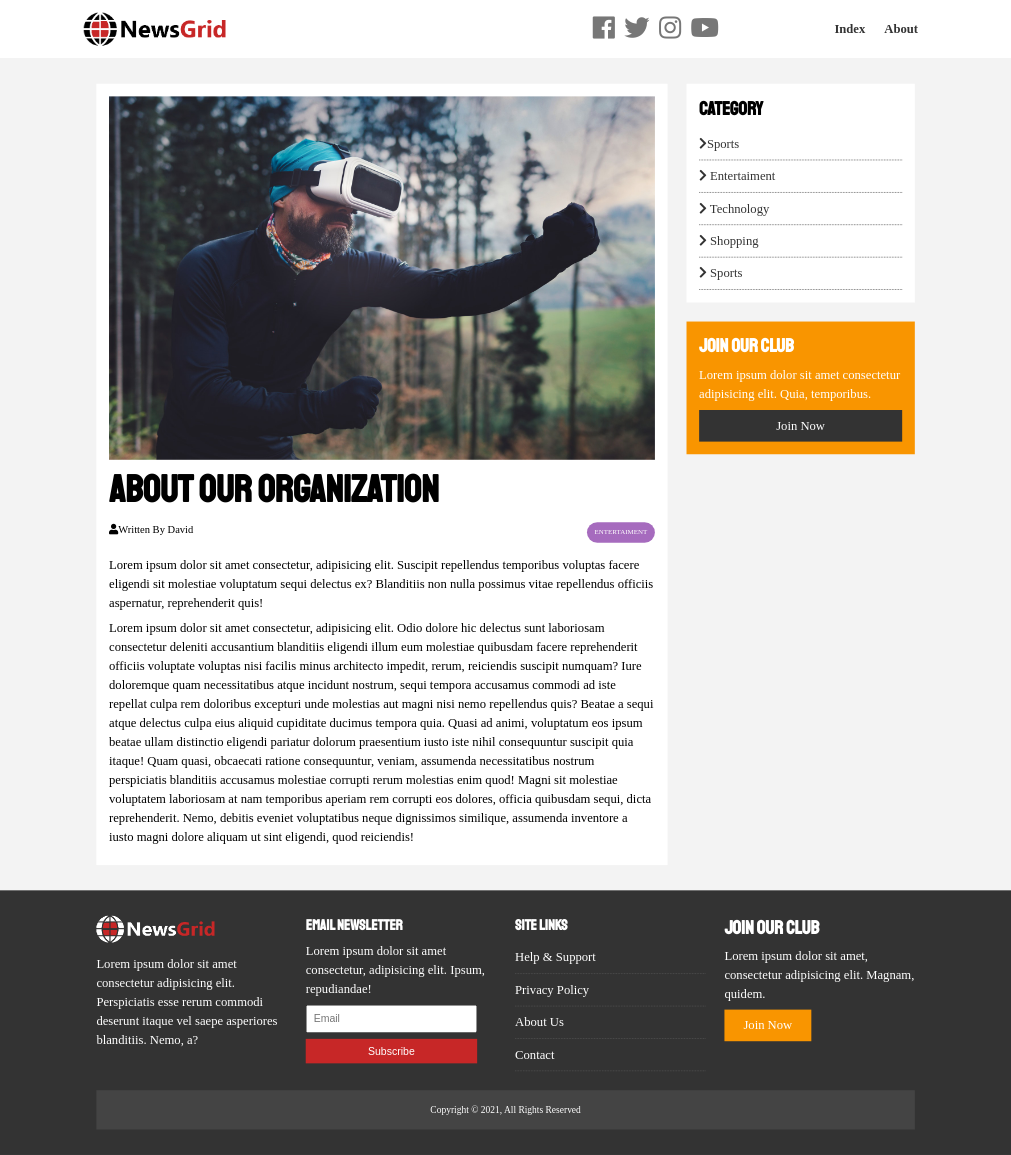
Repository: minhtien9/newsgrid
Page: article.html
An editor plug-in stored every save of this project. The page is shown before and after the next save, followed by the edit.
The browser window is 1280 px wide. The pictures show the whole page, at 79% of full size.
Some web libraries are served in a nearby version.

Above is the page before, as saved 2021-08-26 12:18:16.

After the next save:
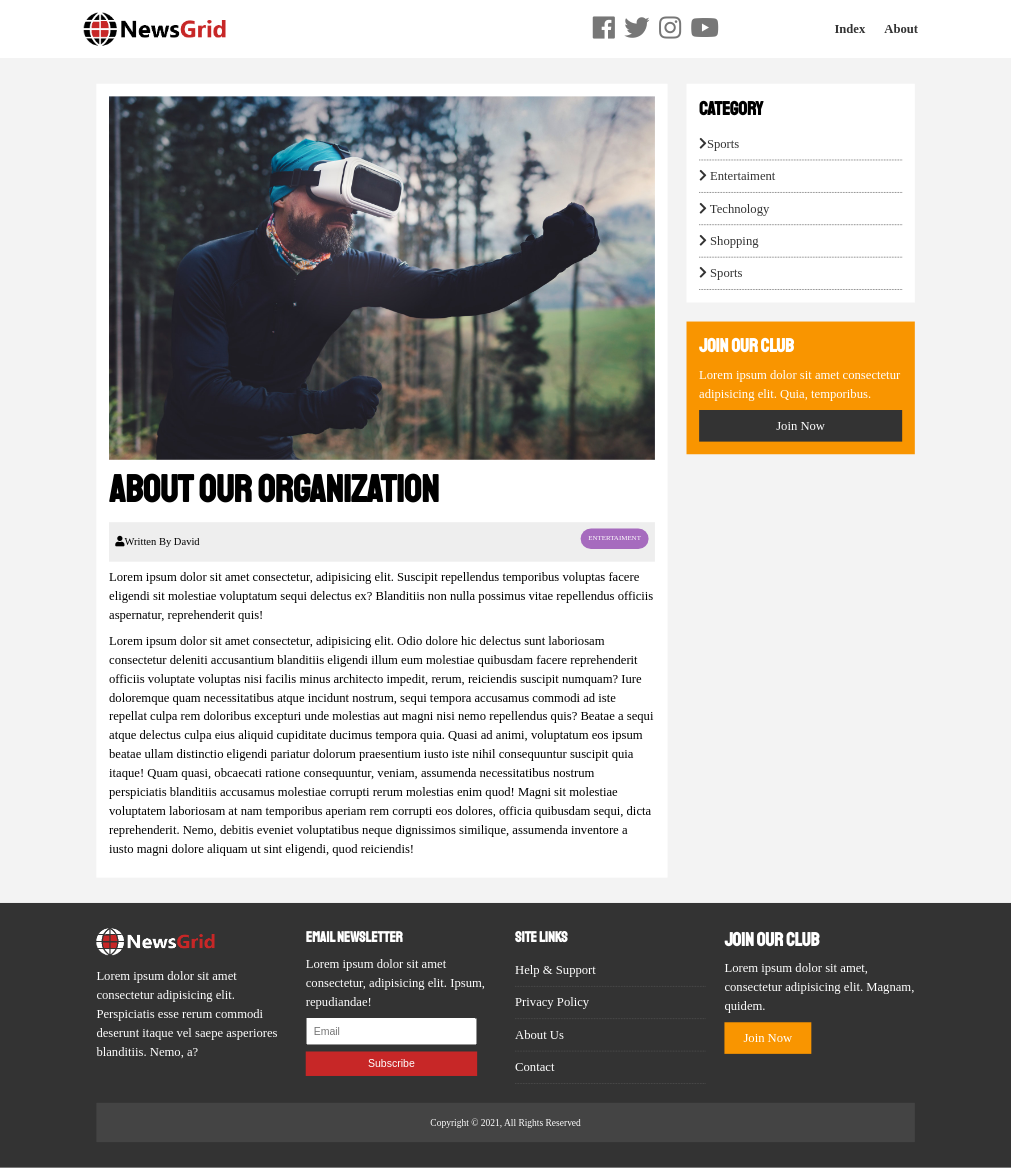
Saved 42 s later.
--- a/css/style.css
+++ b/css/style.css
@@ -303,6 +303,9 @@ h6 {
 #article .meta {
   display: flex;
   justify-content: space-between;
+  align-items: center;
+  background: #eee;
+  padding: 0.5rem;
 }
 
 /* Footer */
